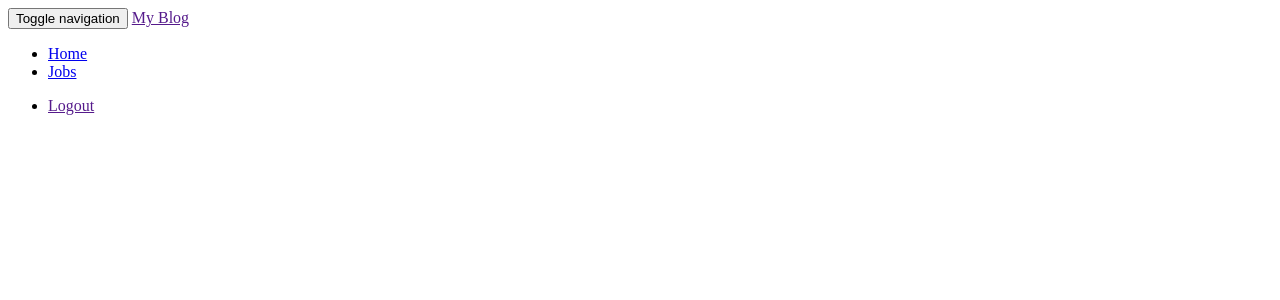
Repository: AnnieFisher/blog
Page: BlogMVC/WebContent/nav.html
The author's editor kept a copy of each file at every save. The page is drawn from the files as they stood at one save, then again after the next save.
The browser window is 1280 px wide. The pictures show the whole page.

Above is the page before, as saved 2016-12-19 06:43:29.

After the next save:
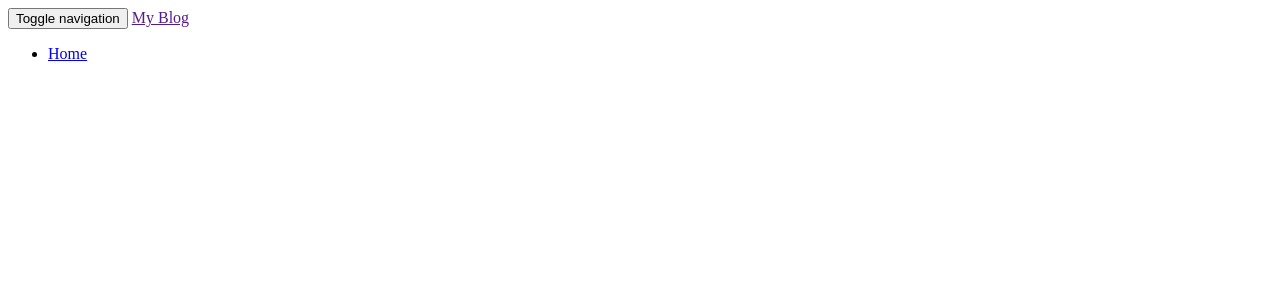
Saved 63 s later.
--- a/BlogMVC/WebContent/nav.html
+++ b/BlogMVC/WebContent/nav.html
@@ -15,11 +15,10 @@
           <div id="navbar" class="navbar-collapse collapse">
             <ul class="nav navbar-nav">
               <li class="active"><a href="#/posts">Home</a></li>
-              <li><a href="#/jobs">Jobs</a></li>
             </ul>
-            <ul class="nav navbar-nav navbar-right">
+            <!-- <ul class="nav navbar-nav navbar-right">
             <li ng-click="logOut()"><a href="">Logout</a></li>
-            </ul>
+            </ul> -->
           </div><!--/.nav-collapse -->
         </div><!--/.container-fluid -->
       </nav>
